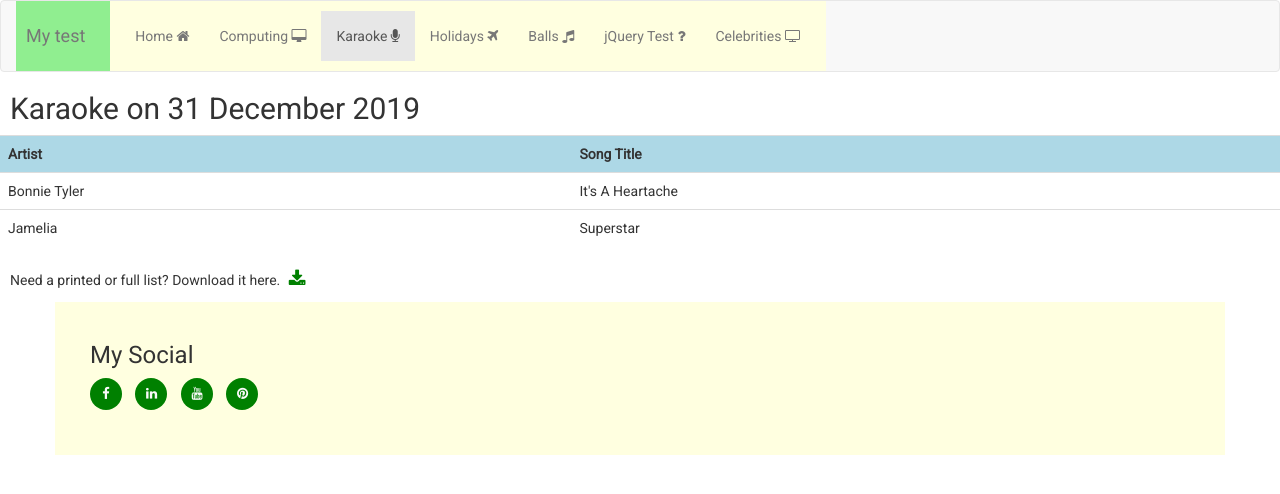
Repository: derektypist/bootstrap
Page: karaoke.html
The author's editor kept a record of every edit. The page is drawn from the files as they stood at one moment, then again after the next edit.
The browser window is 1280 px wide. The pictures show the whole page.

Above is the page before.

### karaoke.html
<!DOCTYPE html>
<html>
<head>
<meta name="viewport" content="width=device-width, initial-scale=1.0">
<title>Derek's Bootstrap Experience - Karaoke</title>

<!-- Load Style Sheets -->

<link rel="stylesheet" href="https://maxcdn.bootstrapcdn.com/bootstrap/3.3.7/css/bootstrap.min.css">
<link rel="stylesheet" href="https://maxcdn.bootstrapcdn.com/font-awesome/4.7.0/css/font-awesome.min.css" type="text/css" />
<link rel="stylesheet" href="style.css" type="text/css">
</head>
<body>
    <nav class="navbar navbar-default">
        <div class="container-fluid">
            <!-- Logo -->
            <div class="navbar-header">
                <a href="index.html" class="navbar-brand">My test</a>
            </div>

            <!-- navbar with icons -->
            <ul class="nav navbar-nav">
                <li><a href="index.html">Home <i class="fa fa-home" aria-hidden="true"></i></a></li>
                <li><a href="computing.html">Computing <i class="fa fa-desktop" aria-hidden="true"></i></a></li>
                <li class="active"><a href="karaoke.html">Karaoke <i class="fa fa-microphone" aria-hidden="true"></i></a></li>
                <li><a href="holidays.html">Holidays <i class="fa fa-plane" aria-hidden="true"></i></a></li>
                <li><a href="balls.html">Balls <i class="fa fa-music" aria-hidden="true"></i></a></li>
                <li><a href="jquerydemo.html">jQuery Test <i class="fa fa-question" aria-hidden="true"></i></a></li>
                <li><a href="celebrities.html">Celebrities <i class="fa fa-television" aria-hidden="true"></i></a></li>
            </ul>

          </div>
    </nav>

        <!-- Karaoke -->
        <section>
            <h2 class="mgn-col">Karaoke on 31 December 2019</h2>
        <div class="table-responsive">
            <table class="table">
                <tr>
                    <th>Artist</th>
                    <th>Song Title</th>
                </tr>

                <tr>
                    <td>Bonnie Tyler</td>
                    <td>It's A Heartache</td>
                </tr>

                <tr>
                    <td>Jamelia</td>
                    <td>Superstar</td>
                </tr>

                </table>
        </div>

        </section>

        <section class="mgn-col">
        <p>Need a printed or full list?  Download it here.
        <a href="pdf/karaoke.pdf" target="_blank" title="Karaoke" class="download-pdf">
        <i class="fa fa-download" aria-hidden="true"></i></a></p>
        </section>

         <!-- Footer -->
       <footer class="container">
           <div class="row" id="footer-details">
               <h3>My Social</h3>
               <ul class="list-inline social-links">

                    <li><a target="_blank" href="https://www.facebook.com/derek.dhammaloka/" title="Facebook"><i class="fa fa-facebook"></i></a></li>
                    <li><a target="_blank" href="https://www.linkedin.com/in/derekdhammaloka" title="LinkedIn"><i class="fa fa-linkedin"></i></a></li>
                    <li><a target="_blank" href="https://www.youtube.com/user/derekthesec" title="YouTube"><i class="fa fa-youtube"></i></a></li>
                    <li><a target="_blank" href="https://www.pinterest.co.uk/derekthesec" title="Pinterest"><i class="fa fa-pinterest"></i></a></li>
               </ul>
           </div>
       </footer>
</body>
</html>

### style.css
/* Import Font */

@import url('https://fonts.googleapis.com/css?family=Roboto');

/* Body */

body {

    font-family: "Roboto", Arial, Verdana, sans-serif;
    height: 100%;
}

/* Liked Comments */

.liked {
    background-color: lightblue;
    padding: 10px;
}

/* Jumbotron */

.jumbotron {
    background-color: pink;
}

/* List Items */

.list-items {
    color: green;
}

.list-items a {
    text-decoration: none;
    color: orange;
}

.list-items a:hover {
    text-decoration: none;
    color: purple;
}

/* Margin Styles */
.mgn-col {
    margin-left: 10px;
}

/* Navbar Styles */
.navbar-header {
    background-color: lightgreen;
    padding: 10px;
}

.navbar-nav {
    background-color: lightyellow;
    padding: 10px;
}

/* Table Styles */
th {
    background-color: lightblue;
}


/* Download PDF Styles */
.download-pdf {
    color: green;
    text-align: center;
    font-size: 18px;
    padding-left: 5px;
}

.download-pdf i:hover {
    color: orange;
    transition: all 0.35s ease-in-out;
    -moz-transition: all 0.35s ease-in-out;
    -webkit-transition: all 0.35s ease-in-out;
    -o-transition: all 0.35s ease-in-out;
}

/* Footer */
footer {
    background-color: lightyellow;
    min-height: 50px;
    margin: 0;
}

.social-links {
    padding-bottom: 15px;
}

.social-links li a i {
    width: 32px;
    height: 32px;
    padding: 12px 0px;
    border-radius: 50%;
    font-size: 13px;
    line-height: 7px;
    text-align: center;
    color: #fafafa;
    background: green;
    transition: all 0.35s ease-in-out;
    -moz-transition: all 0.35s ease-in-out;
    -webkit-transition: all 0.35s ease-in-out;
    -o-transition: all 0.35s ease-in-out;

}

.social-links li a i:hover {
    background: purple;

}

#footer-details {
    margin: 20px;
}

/* jQueryDemo - Subjects */
.row button #subjects
{
    background-color: black;
}



/* jQueryDemo - Keypad */

#keypad {
    width: 50%;
    margin: auto;
}

#display {
    height: 75px;
    font-size: 2.5em;
    background-color: seagreen;
    color: white;
    text-align: center;
}

button {
    background-color: black;
    color: white;
    font-size: 2em;
    height: 2em;
    float: left;
    border-color: lightgreen;
    margin-left: 0px;
    margin-right: 0px;
}

.row button {
    width: 33.333%;
}

After the next edit:
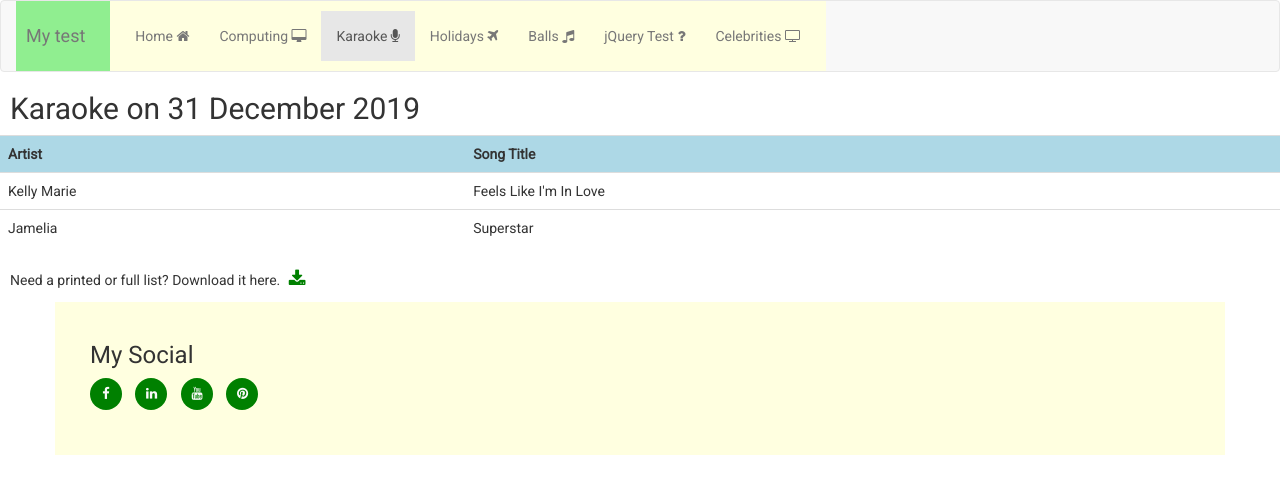
The edit:
--- a/karaoke.html
+++ b/karaoke.html
@@ -43,8 +43,8 @@
                 </tr>
 
                 <tr>
-                    <td>Bonnie Tyler</td>
-                    <td>It's A Heartache</td>
+                    <td>Kelly Marie</td>
+                    <td>Feels Like I'm In Love</td>
                 </tr>
 
                 <tr>
